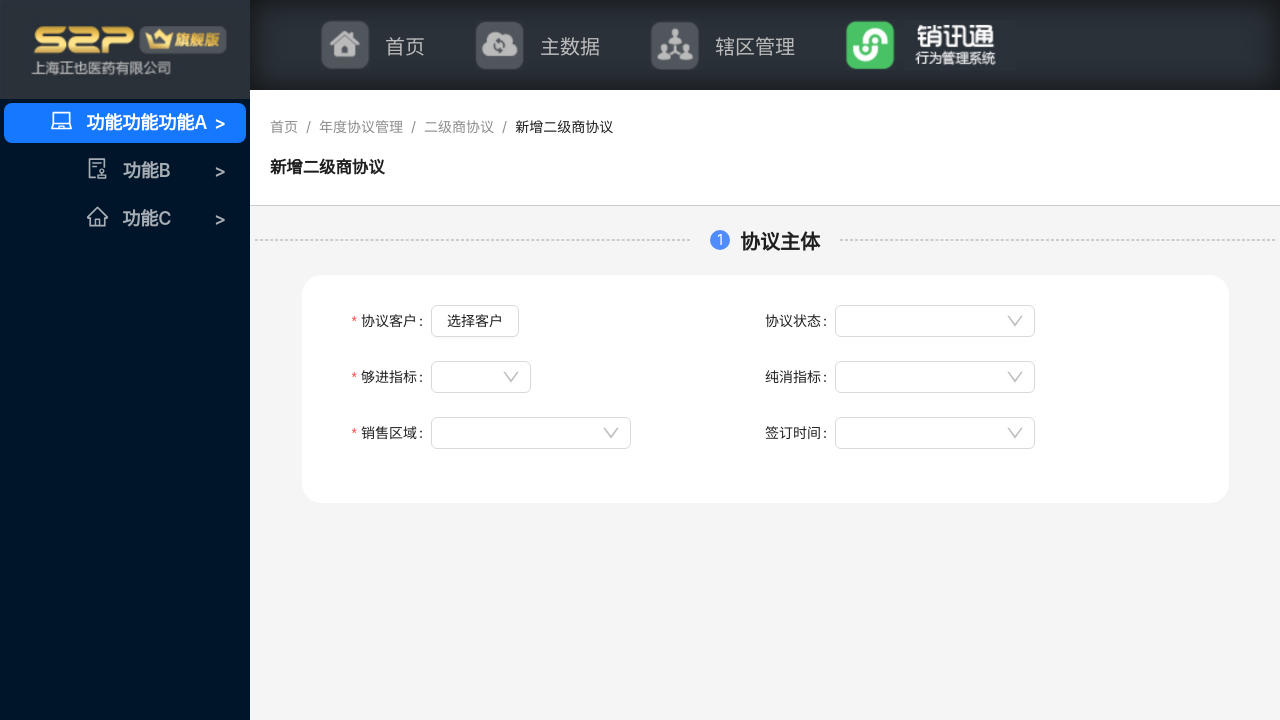
Repository: XiChips/questionB
Page: /
An editor plug-in stored every save of this project. The page is shown before and after the next save, followed by the edit.
The browser window is 1280 px wide. The pictures show the whole page.
The project was rebuilt for these pictures with package versions that can differ from the ones it lists, and the page was loaded fresh each time. Also part of the build but not shown: vue.config.js.

Above is the page before, as saved 2024-02-28 12:08:44.

### src/main.js
import { createApp } from 'vue'
import App from './App.vue'
import router from './router'
import store from './store'
import { setupAntd } from './ant-design-vue/index'
import { message } from "ant-design-vue";
import './assets/css/index.css'
// import axios from "axios";
// moment.locale('zh-cn')
const app = createApp(App)
setupAntd(app)
// app.use(Button).use(Layout)
app.use(store).use(router).mount('#app')



// app.config.globalProperties.$axios = axios
app.config.globalProperties.$message = message

### src/router/index.js
import { createRouter, createWebHashHistory } from 'vue-router'

const routes = [
  {
    path: '/',
    name: 'home',
    component: () => import('../views/home.vue')
  },
  {
    path: '/about',
    name: 'about',

    component: () => import('../views/AboutView.vue')
  }
]

const router = createRouter({
  history: createWebHashHistory(),
  routes
})

export default router

### src/ant-design-vue/index.js
import { Button, Layout, Image, Form, Checkbox,Radio, Input, Popover, Menu, Drawer, Breadcrumb, Typography, message, Divider, Table, DatePicker, Popconfirm, Space, InputNumber, Select, PageHeader, Steps, Statistic, Transfer, Upload, Switch, Modal, Tabs } from 'ant-design-vue';

// import 'ant-design-vue/dist/antd.min.css'

const components = [
    Button,
    Layout,
    Form,
    Input,
    Menu,
    Breadcrumb,
    Table,
    Popconfirm,
    Select,
    PageHeader,
    Steps,
    Transfer,
    Upload,
    Switch,
    Modal,
    Tabs,
    Statistic,
    InputNumber,
    Space,
    DatePicker,
    Divider,
    Image,
    Typography,
    Drawer,
    Popover,
    Radio,
    Checkbox
]

export function setupAntd(app) {
    components.forEach(component => {
        app.use(component)
    })
    app.config.globalProperties.$message = message
}

### src/assets/css/index.css
body {
    margin: 0;
}

.logo img {
    width: 100%;
}

:where(.css-dev-only-do-not-override-1hsjdkk).ant-menu-dark {
    background-color: rgb(42, 49, 57);
}

.ant-menu .anticon {
    margin-right: 10px;
    font-size   : 18px;
}


.ant-upload-select-picture-card i {
    font-size: 32px;
    color    : #999;
}

.ant-upload-select-picture-card .ant-upload-text {
    margin-top: 8px;
    color     : #666;
}

.ant-upload-list-picture-card .ant-upload-list-item:hover .ant-upload-list-item-info:before {
    left: 0;
}

.ant-page-header {
    background: #fff;
}

.ant-page-header.has-breadcrumb {
    padding: 5px 24px;
}

.ant-menu {
    font-size  : 18px;
    font-weight: 600;
}

.ant-tabs-tab span {
    color      : #000;
    font-weight: bold;
    display    : inline-block;
}


.ant-upload-list-picture-card .ant-upload-list-item-info:before {
    left: 0
}

hr {
    width       : 90%;
    margin      : 0 auto;
    border-color: #99999910;
}

.title {
    background-color: rgb(42, 49, 57);
    display         : flex;
    height          : fit-content;
    padding         : 20px 70px;
    color           : rgb(187, 187, 187);
    box-shadow      : inset 0px 0 30px #111;
}

.title>div {
    margin-right: 50px;
    font-size   : 20px;
}

.title img {
    width         : 50px;
    height        : 50px;
    margin-right  : 15px;
    vertical-align: middle;
}

.title span {
    display         : inline-block;
    vertical-align  : middle;
    /* margin-bottom: 5px; */
}

:where(.css-dev-only-do-not-override-1hsjdkk).ant-menu-inline.ant-menu-root .ant-menu-item>.ant-menu-title-content,
:where(.css-dev-only-do-not-override-1hsjdkk).ant-menu-inline.ant-menu-root .ant-menu-submenu-title>.ant-menu-title-content {
    flex: none;
}

.anticon svg {
    width : 1.5em;
    height: 1.5em;
}

.title2 {
    display        : flex;
    justify-content: space-between;
    align-items    : center;
}

.title2>div {
    width: 300px;
}

.title2 hr {
    height: 1px;
    border: 1px dashed #ccc;
    margin: 0 5px;
}

.title2 span {
    display         : inline-block;
    width           : 20px;
    height          : 20px;
    line-height     : 20px;
    background-color: rgb(79, 140, 255);
    color           : #fff;
    border-radius   : 50%;
    margin-right    : 10px;
    vertical-align  : middle;
}


.title2 p {
    display       : inline-block;
    font-size     : 20px;
    vertical-align: middle;
    font-weight   : bold;
}

.area {
    background-color: #fff;
    border-radius   : 20px;
    width           : 90%;
    margin          : 0 auto;
    padding         : 30px 50px;
}

.line2 {
    display        : flex;
    justify-content: space-between;
}

.line2>div {
    width: 50%;
}

.area .ant-form-item-control-input {
    width: 25vw;
}

.ant-form-item-control-input-content {
    flex: none !important;
}

### src/views/home.vue
<template>
  <a-layout>
    <a-layout>
      <a-layout-sider width="250">
        <a-menu theme="dark" v-model:selectedKeys="selectedKeys" v-model:openKeys="openKeys" mode="inline" :style="{ height: '100%', borderRight: 0 }">
          <div class="logo">
            <img src="../assets/images/logo.png" alt="">
          </div>
          <!-- <hr /> -->

          <div v-for="(item, i) in links" style="display: flex;justify-content: space-between;">
            <a-menu-item v-if="item.children == undefined" :key="`item${i}_0`" @click="changeTab(item.name)">
              <LaptopOutlined v-if="item.name == '功能功能功能A'" />
              <AuditOutlined v-if="item.name == '功能B'" />
              <HomeOutlined v-if="item.name == '功能C'" />
              {{ item.name }}
              <span style="position: absolute;right: 20px;">{{ ">" }}</span>
            </a-menu-item>

          </div>
        </a-menu>
      </a-layout-sider>
      <a-layout style="padding: 0px 0px 24px" theme="dark">
        <a-layout-content :style="{ background: 'rgb(245,245,245)', padding: '0px', margin: 0, minHeight: '280px', }">

          <div class="title">
            <div><img src="../assets/images/icon1.png" alt=""><span>首页</span></div>
            <div><img src="../assets/images/icon2.png" alt=""><span>主数据</span></div>
            <div><img src="../assets/images/icon3.png" alt=""><span>辖区管理</span></div>
            <div><img src="../assets/images/icon4.png" alt=""><img src="../assets/images/text.png" style="width: auto;margin-left: -5px;" alt=""></div>
          </div>
          <div style="padding: 10px 20px;background-color: rgb(255,255,255);border-bottom: 1px solid #ccc;">
            <a-breadcrumb :style="{ margin: '36px 20px' }">
              <a-breadcrumb-item>首页</a-breadcrumb-item>
              <a-breadcrumb-item>年度协议管理</a-breadcrumb-item>
              <a-breadcrumb-item>二级商协议</a-breadcrumb-item>
              <a-breadcrumb-item>新增二级商协议</a-breadcrumb-item>
            </a-breadcrumb>
            <h3 style="text-align: left;">
              新增二级商协议
            </h3>
          </div>
          <div class="content">
            <div class="title2">
              <hr>
              <div>
                <span>1</span>
                <p>协议主体</p>
              </div>
              <hr>
            </div>
            <div class="area">
              <a-form :model="formState" autocomplete="off" @finish="onFinish" @finishFailed="onFinishFailed">
                <div class="line2">

                  <a-form-item label="协议客户" :rules="[{ required: true}]">
                    <a-button v-if="visible" @click="selectCustom">选择客户</a-button>
                    <a-select v-if="!visible" v-model:value="inputs.value1" show-search placeholder="" style="width: 200px" :options="options" :filter-option="filterOption" @focus="handleFocus" @blur="handleBlur" @change="changeCustom"></a-select>
                    <span style="margin-left: 20px;">{{ inputs.value1 }}</span>
                  </a-form-item>
                  <a-form-item label="协议状态">
                    <a-select v-model:value="inputs.value2" placeholder="" style="width: 200px" :options="options2" :filter-option="filterOption" @focus="handleFocus" @blur="handleBlur" @change="handleChange"></a-select>
                  </a-form-item>
                </div>
                <div class="line2">
                  <a-form-item label="够进指标" :rules="[{ required: true}]">
                    <a-select v-model:value="inputs.value3" show-search placeholder="" style="width: 100px" :options="options3" :filter-option="filterOption" @focus="handleFocus" @blur="handleBlur" @change="handleChange"></a-select>
                  </a-form-item>
                  <a-form-item label="纯消指标">
                    <a-select v-model:value="value" placeholder="" style="width: 200px" :options="options2" :filter-option="filterOption" @focus="handleFocus" @blur="handleBlur" @change="handleChange"></a-select>
                  </a-form-item>
                </div>
                <div class="line2">
                  <a-form-item label="销售区域" :rules="[{ required: true}]">
                    <a-select v-model:value="value" show-search placeholder="" style="width: 200px" :options="options" :filter-option="filterOption" @focus="handleFocus" @blur="handleBlur" @change="handleChange"></a-select>
                  </a-form-item>
                  <a-form-item label="签订时间">
                    <a-select v-model:value="value" placeholder="" style="width: 200px" :options="options2" :filter-option="filterOption" @focus="handleFocus" @blur="handleBlur" @change="handleChange"></a-select>
                  </a-form-item>
                </div>
              </a-form>

            </div>
          </div>
          <!-- <router-view v-else></router-view> -->
        </a-layout-content>
      </a-layout>

    </a-layout>
  </a-layout>
</template>
<script>
import {
  UserOutlined,
  LaptopOutlined,
  NotificationOutlined,
  HomeOutlined,
  TeamOutlined,
  DesktopOutlined,
  BarChartOutlined,
  ContactsOutlined,
  AuditOutlined,
  ScheduleOutlined,
  ToolOutlined,
  FundProjectionScreenOutlined,
  UserSwitchOutlined,
  TransactionOutlined,
} from "@ant-design/icons-vue";
import { defineComponent, ref } from "vue";

export default defineComponent({
  components: {
    UserOutlined,
    LaptopOutlined,
    NotificationOutlined,
    HomeOutlined,
    TeamOutlined,
    DesktopOutlined,
    BarChartOutlined,
    ContactsOutlined,
    AuditOutlined,
    ScheduleOutlined,
    ToolOutlined,
    FundProjectionScreenOutlined,
    UserSwitchOutlined,
    TransactionOutlined,
  },
  name: "home",
  data() {
    return {
      activeKey: 0,
      formState: {
        username: "",
        password: "",
      },
      inputs: {
        value1: "",
        value2: "",
        value3: "",
        value4: "",
      },
      visible: true,
      links: [
        {
          name: "功能功能功能A",
        },
        {
          name: "功能B",
        },
        {
          name: "功能C",
        },
      ],
      options: [{ value: "上海正也医药有限公司", id: "上海正也医药有限公司" }],
      options2: [{ value: "正常", id: "正常" }, { value: "异常", id: "异常" }],
      options2: [{ value: "金额", id: "金额" }, { value: "金额", id: "金额" }],
      pages: [{ name: "首页", link: "/" }],
      routes: [],
    };
  },
  setup() {
    return {
      selectedKeys: ref(["item0_0"]),
      collapsed: ref(false),
      openKeys: ref(["title1"]),
      basePath: "/index",
    };
  },
  methods: {
    changeTab() {

    },
    selectCustom() {
      this.visible = false
    },
    changeCustom() {
      this.visible = true
    },
  },
  created() { },
  beforeMounte() { },
  mounted() {

  },
  watch: {
    $route(to, from) {
      // console.log(from.path);//从哪来
      // console.log(to.path);//到哪去
    },
  },
});
</script>
<style>
#components-layout-demo-top-side-2 .logo {
  float: left;
  width: 120px;
  height: 31px;
  margin: 16px 24px 16px 0;
  background: rgba(255, 255, 255, 0.3);
}

.ant-row-rtl #components-layout-demo-top-side-2 .logo {
  float: right;
  margin: 16px 0 16px 24px;
}

.site-layout-background {
  background: #fff;
}

.ant-layout {
  height: 100vh;
}
.ant-breadcrumb {
  margin: 16px 0 !important;
}
</style>

Loaded but not shown: public/index.html (common file); src/App.vue (common file); src/store/index.js (common file)

After the next save:
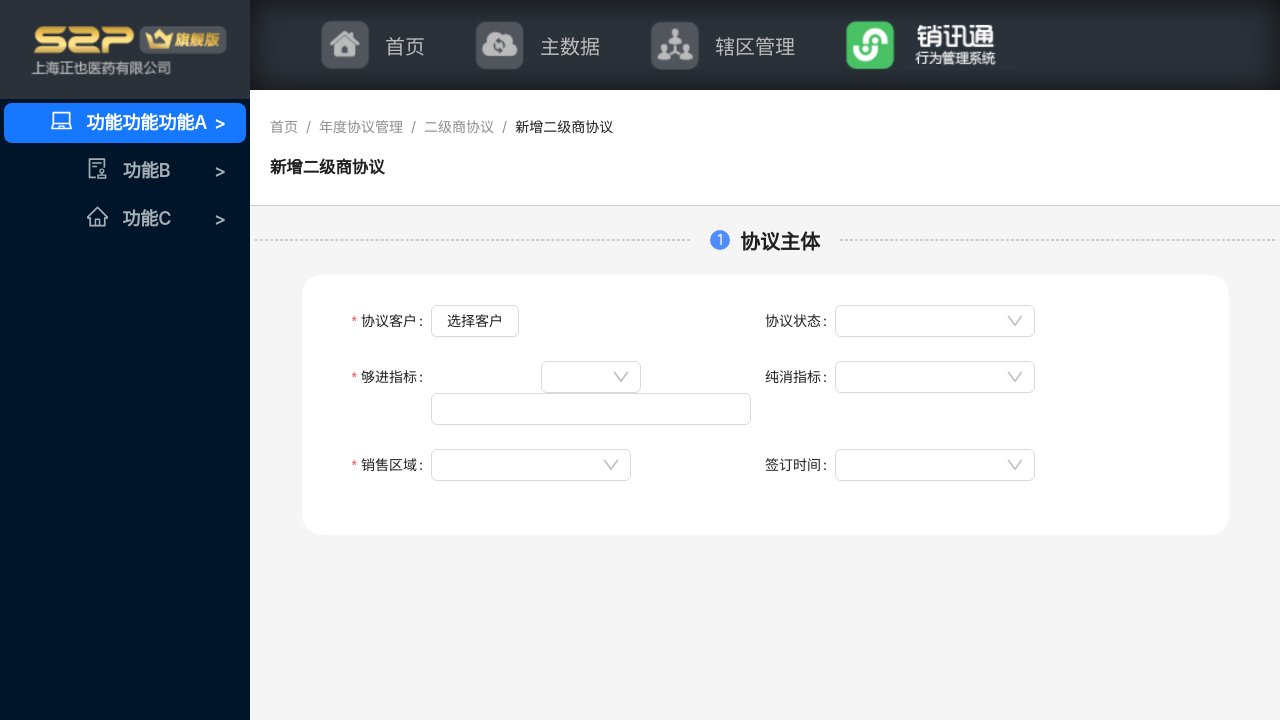
Saved 15 s later.
--- a/src/views/home.vue
+++ b/src/views/home.vue
@@ -65,6 +65,7 @@
                 <div class="line2">
                   <a-form-item label="够进指标" :rules="[{ required: true}]">
                     <a-select v-model:value="inputs.value3" show-search placeholder="" style="width: 100px" :options="options3" :filter-option="filterOption" @focus="handleFocus" @blur="handleBlur" @change="handleChange"></a-select>
+                    <a-input></a-input>
                   </a-form-item>
                   <a-form-item label="纯消指标">
                     <a-select v-model:value="value" placeholder="" style="width: 200px" :options="options2" :filter-option="filterOption" @focus="handleFocus" @blur="handleBlur" @change="handleChange"></a-select>
